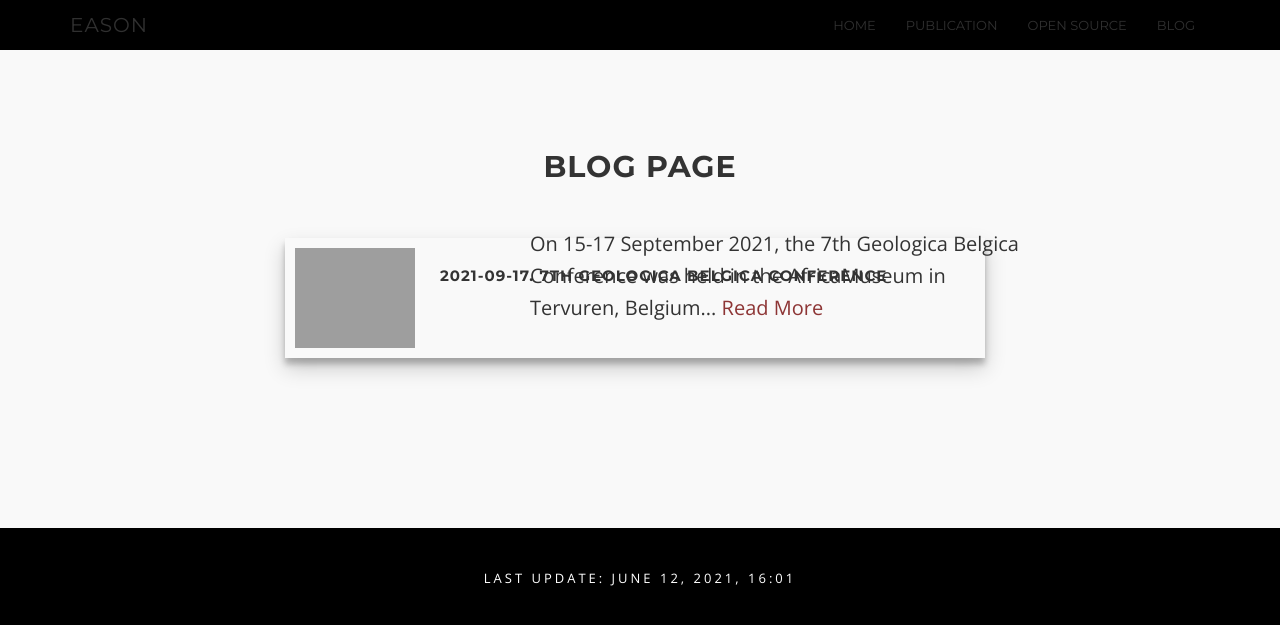
Repository: eazzzon/eazzzon.github.io
Page: blog.html
The author's editor kept a copy of each file at every save. The page is drawn from the files as they stood at one save, then again after the next save.
The browser window is 1280 px wide. The pictures show the whole page.
Pictures or frames that could not be fetched are drawn as grey boxes.

Above is the page before, as saved 2021-09-18 13:19:33.

After the next save:
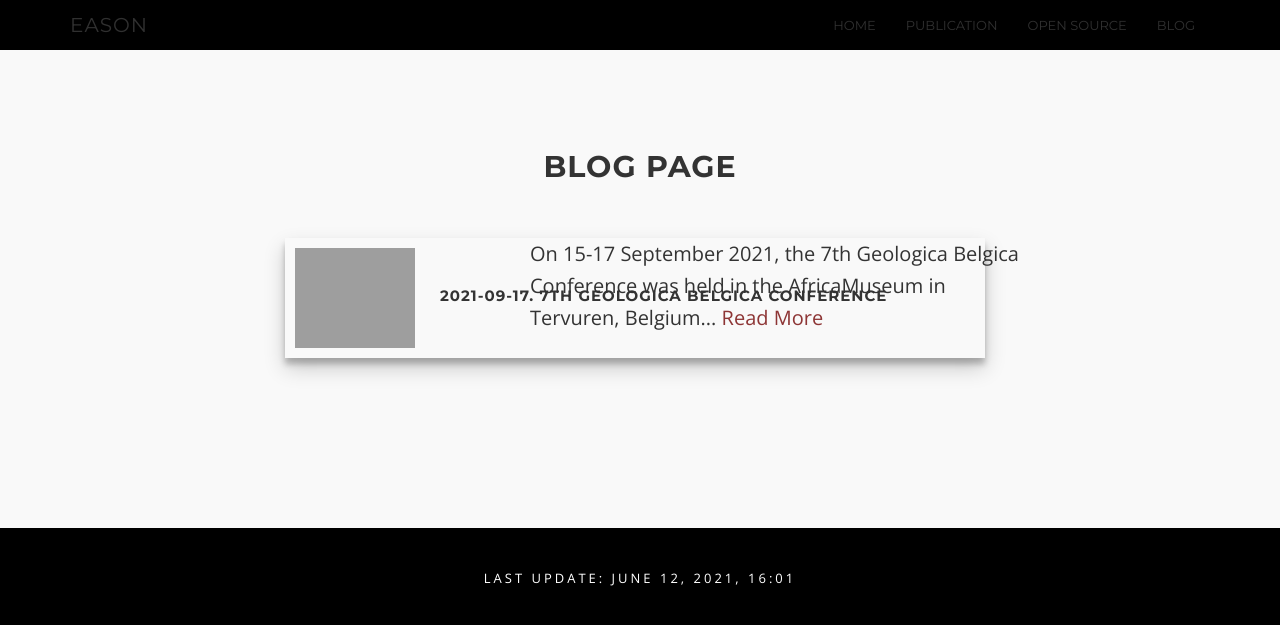
Saved 4 s later.
--- a/css/theme.css
+++ b/css/theme.css
@@ -439,7 +439,7 @@ section {
 	position: absolute;
 	font-size: 15px;
 	padding: 50px;
-	top: 0px;
+	top: 10px;
 	left: 70px;
   }
 
